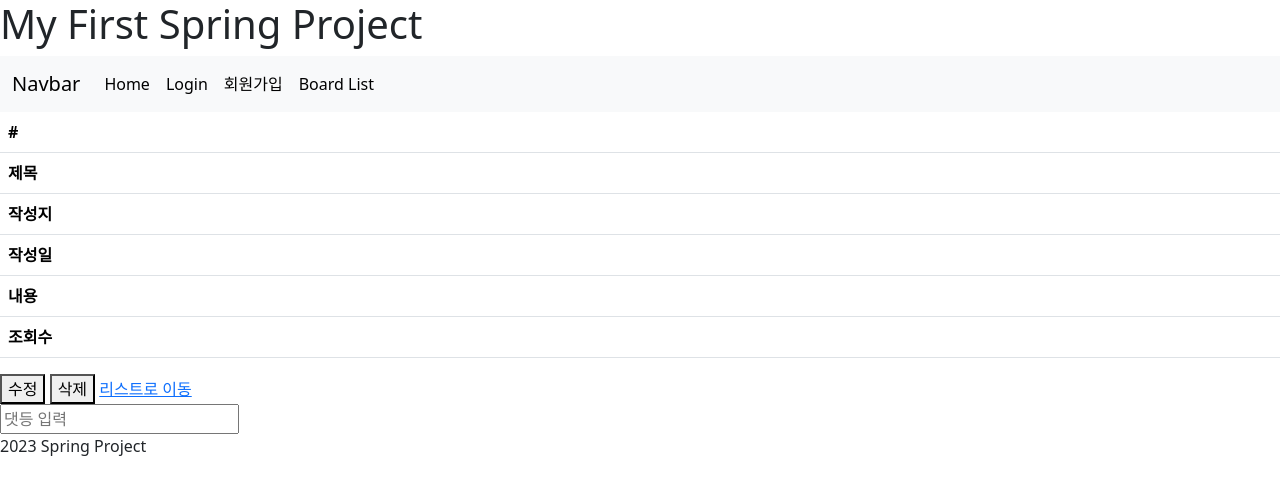
Repository: HongSeungBo/secondspring
Page: http://localhost/spring_test/WEB-INF/views/board/detail.jsp
These files come from the project's save history. The page is drawn as it stood at one moment and after a run of saves; the edit follows.
The browser window is 1280 px wide. The pictures show the whole page.
The page is served by Tomcat 9. Nobody is signed in. The template is opened directly, without the code that normally fills it, so the values that code supplies are empty.

Above is the page before, as saved 2023-10-10 11:37:53.

After the next 2 saves:
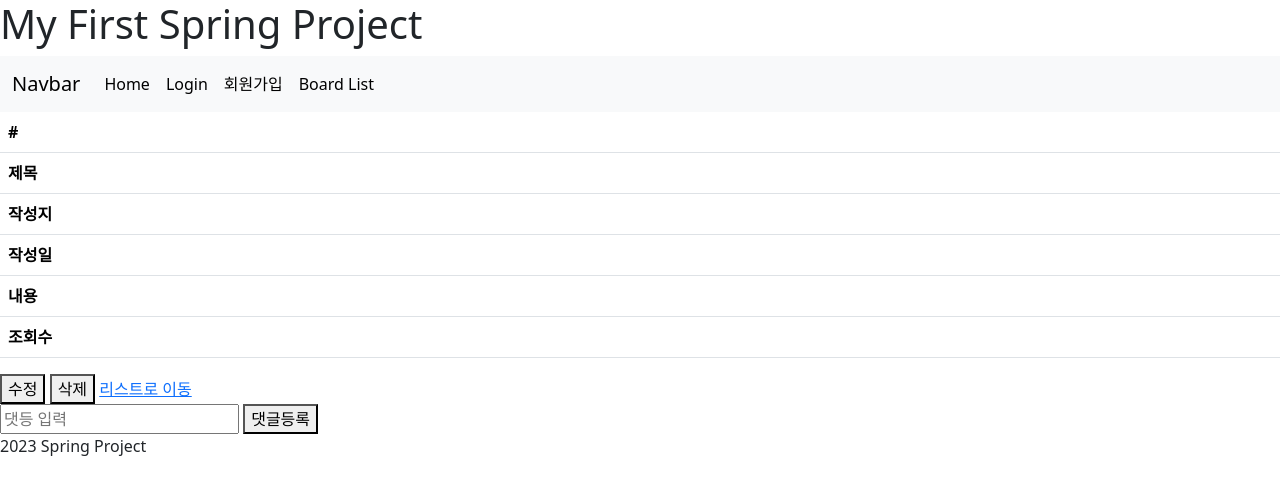
The 2 saves are shown as one change because they came seconds apart.
The last was saved 17 s later.
--- a/spring test/src/main/webapp/WEB-INF/views/board/detail.jsp
+++ b/spring test/src/main/webapp/WEB-INF/views/board/detail.jsp
@@ -46,6 +46,7 @@
 		<div>
 			<span id="cmtwirter">${ses.id }</span>
 			<input type="text" id="cmtText" placeholder="댓등 입력">
+			<button type="button" id=cmtPost>댓글등록</button>
 		</div>
 
 		<!-- 댓글 표시 라인 -->
